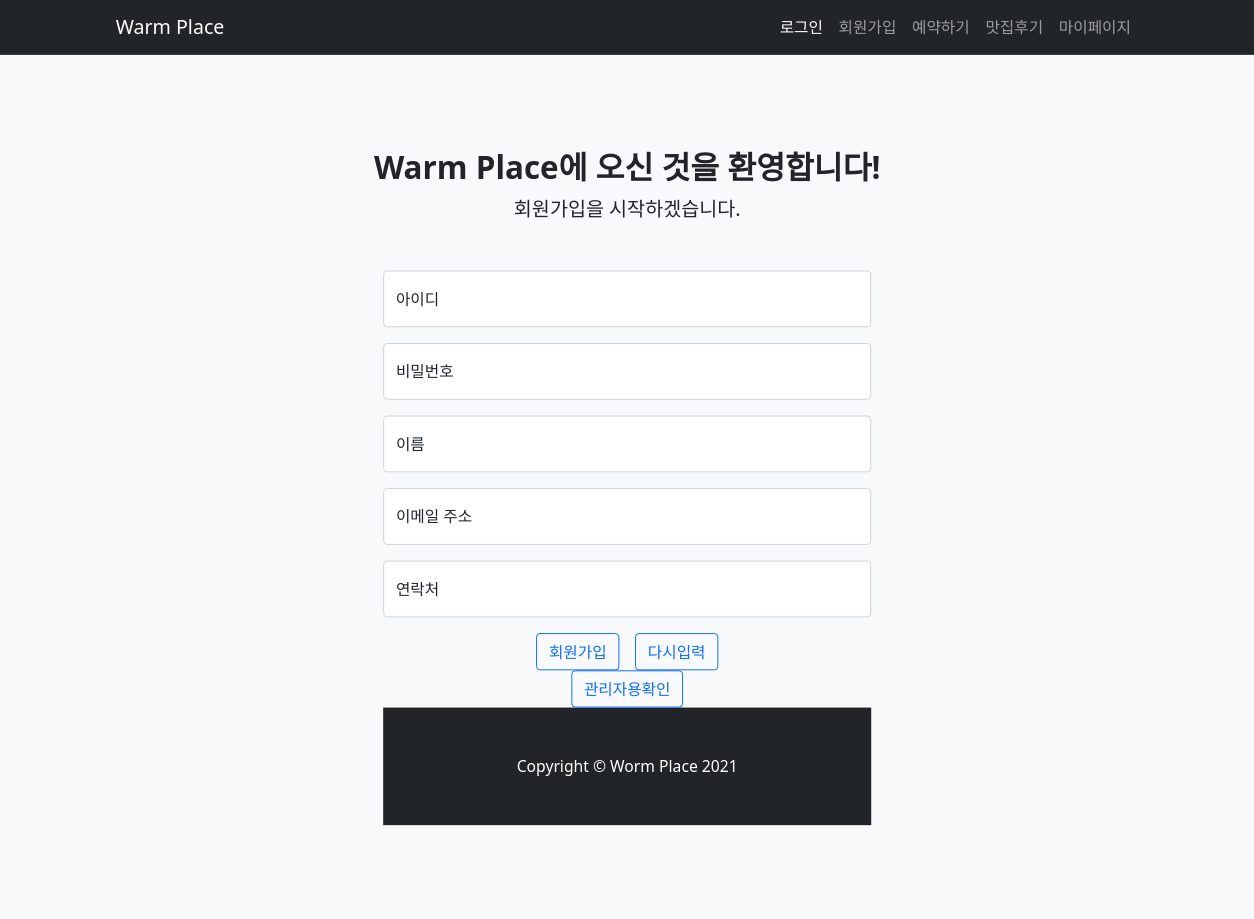
Repository: jaunnnngs/HackaTone
Page: http://localhost/StunProjects/St_Join/st_userJoin.jsp
These files come from the project's save history. The page is drawn as it stood at one moment and after the next save; the edit follows.
The browser window is 1280 px wide. The pictures show the whole page, at 98% of full size.
Some web libraries are served in a nearby version. The page is served by Tomcat 9.

Above is the page before, as saved 2021-08-04 05:04:52.

After the next save:
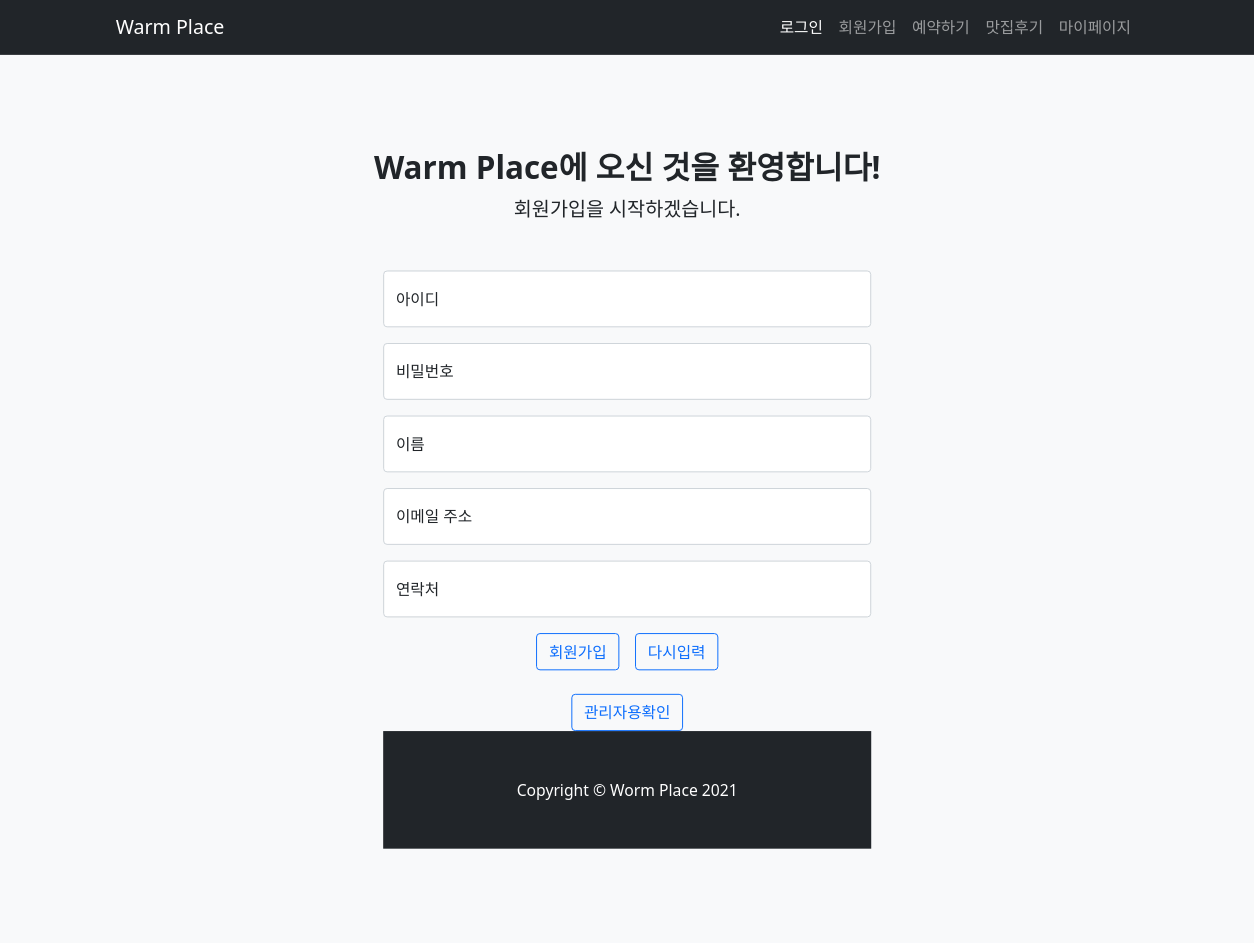
Saved 10 s later.
--- a/STUN_TEAM/StunProjects/src/main/webapp/St_Join/st_userJoin.jsp
+++ b/STUN_TEAM/StunProjects/src/main/webapp/St_Join/st_userJoin.jsp
@@ -137,7 +137,7 @@
 
 
 
-                       <div></div>
+                       <div><br></div>
 
      <!-- 디비확인용 버튼 -->
      <form action="./UseStunDB.jsp" method="post">
